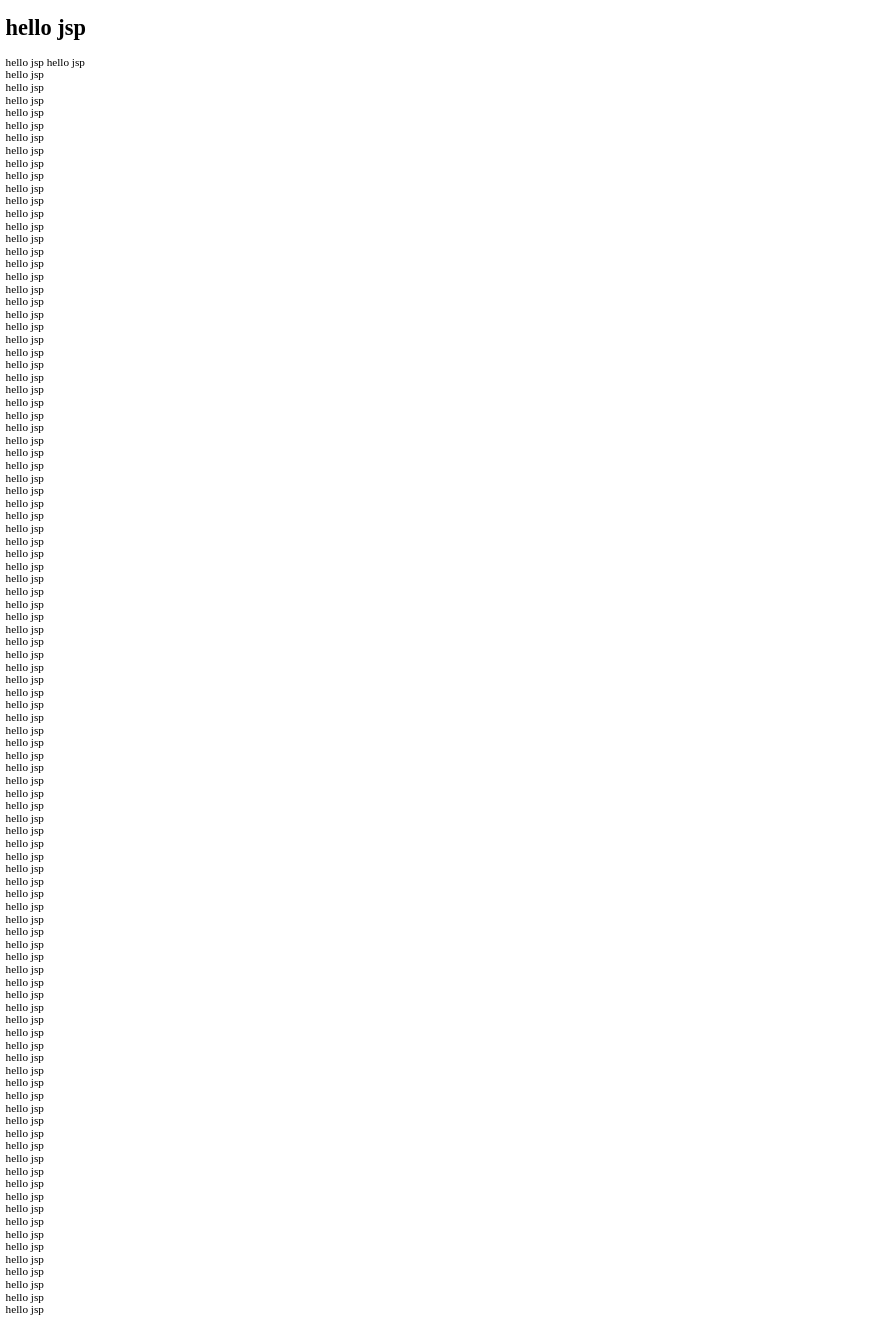
Repository: jjang051globalit/jsp-lecture
Page: http://localhost/jsp01/hello.jsp
These files come from the project's save history. The page is drawn as it stood at one moment and after the next save; the edit follows.
The browser window is 1280 px wide. The pictures show the whole page, at 70% of full size.
The page is served by Tomcat 9.

Above is the page before, as saved 2023-06-02 01:09:15.

After the next save:
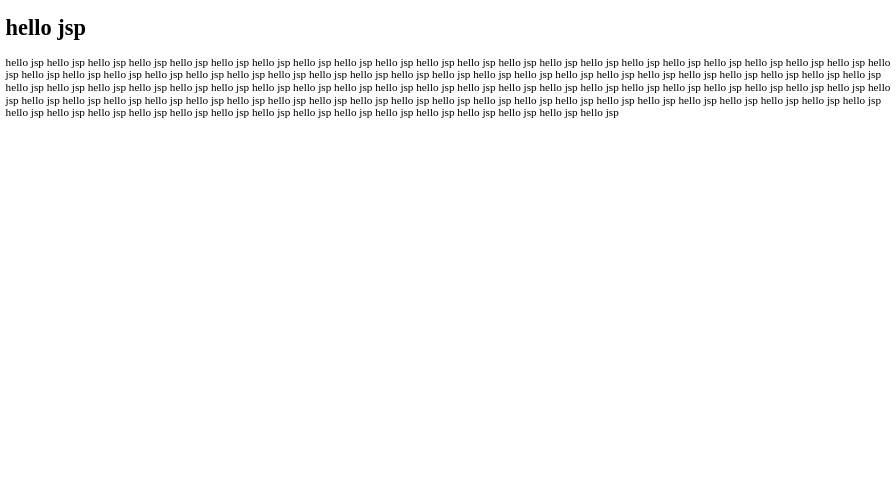
Saved 14 s later.
--- a/jsp01/src/main/webapp/hello.jsp
+++ b/jsp01/src/main/webapp/hello.jsp
@@ -11,7 +11,7 @@
 	<%
 		out.println("hello jsp");
 		for(int i=0;i<100;i++) {
-			out.println("hello jsp <br>");
+			out.println("hello jsp");
 		}
 	%>
 </body>

After the save that followed:
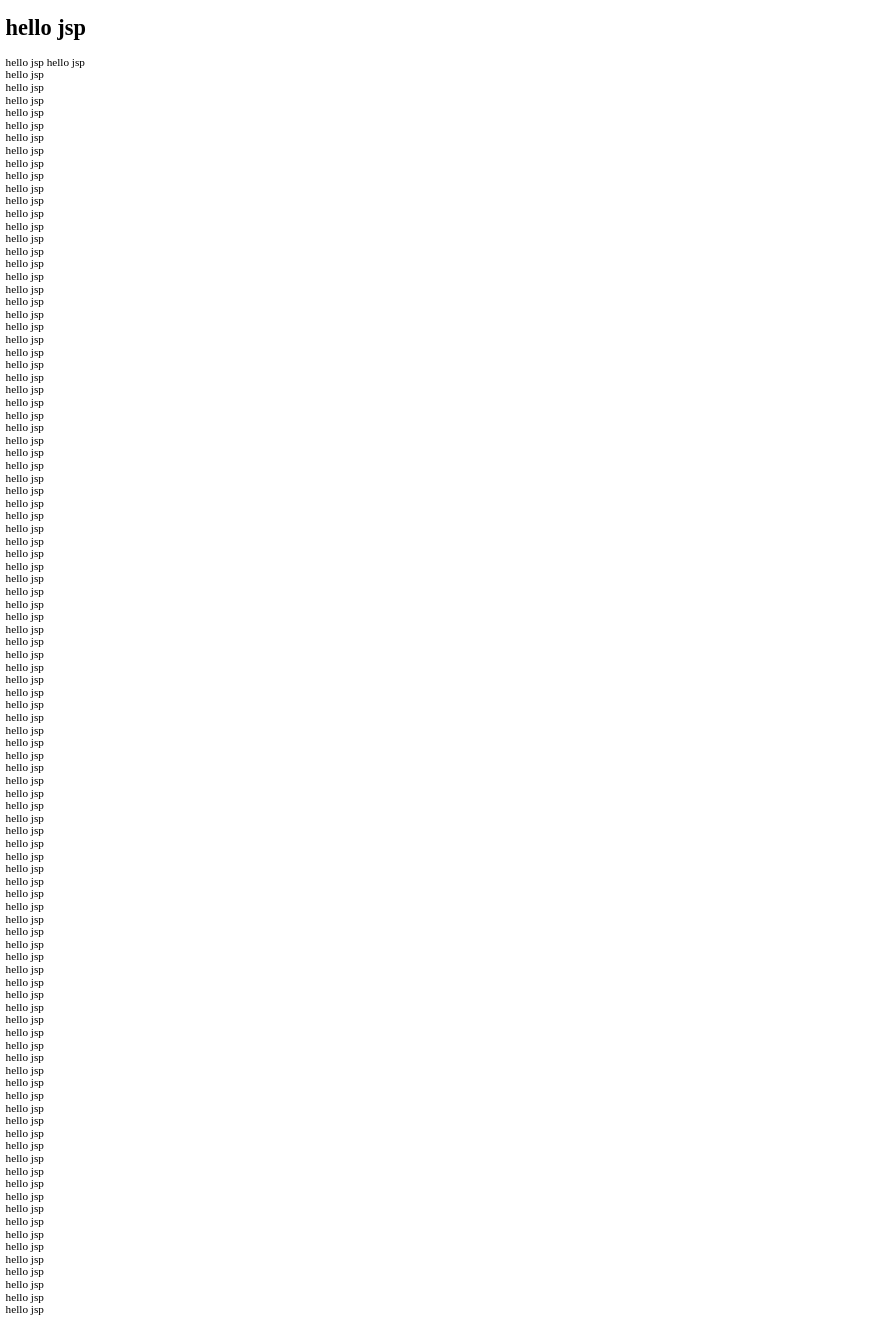
Saved 26 s later.
--- a/jsp01/src/main/webapp/hello.jsp
+++ b/jsp01/src/main/webapp/hello.jsp
@@ -11,7 +11,7 @@
 	<%
 		out.println("hello jsp");
 		for(int i=0;i<100;i++) {
-			out.println("hello jsp");
+			out.println("hello jsp <br>");
 		}
 	%>
 </body>
